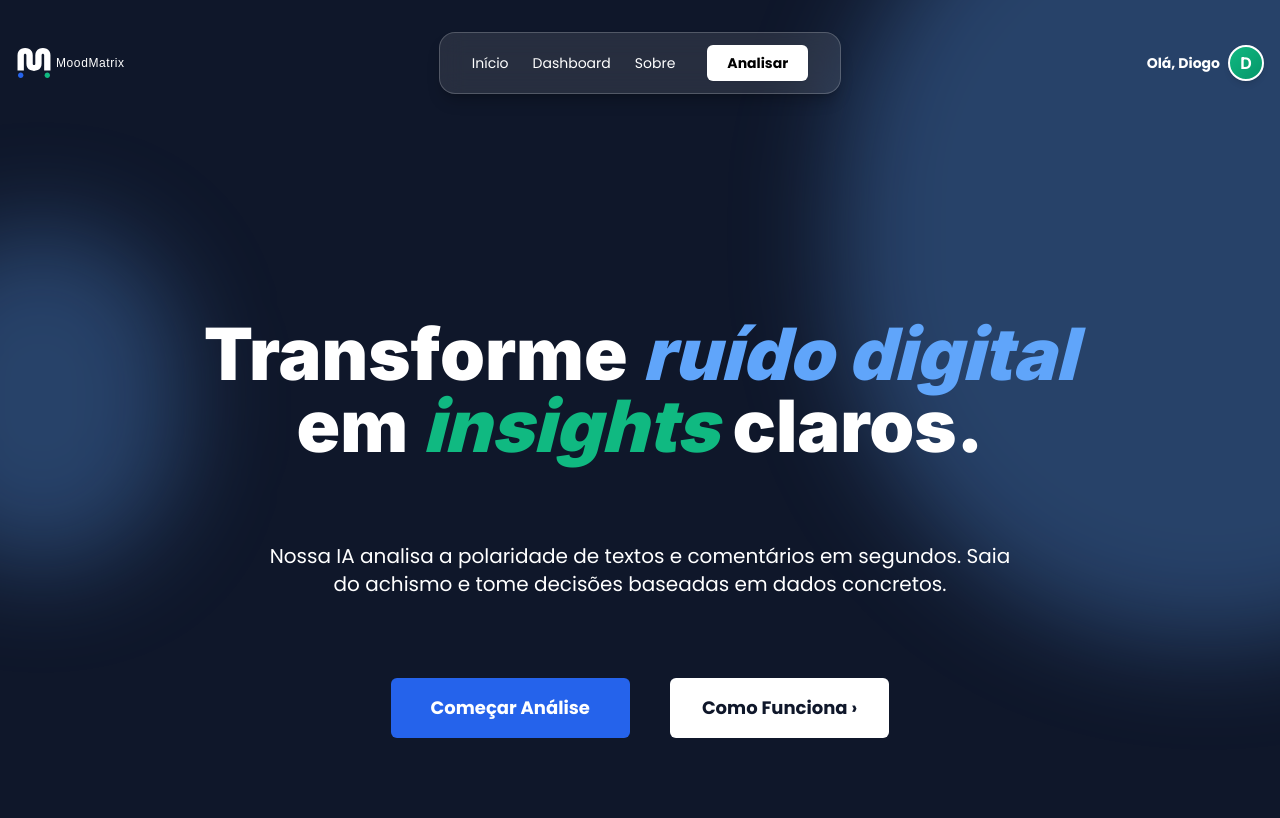
Repository: Hackaton-ONE/hackathon-Frontend
Page: /
An editor plug-in stored every save of this project. The page is shown before and after the next save, followed by the edit.
The browser window is 1280 px wide. The pictures show the whole page.
Some web fonts or font styles are not loaded; a fallback is used. The project was rebuilt for these pictures with package versions that can differ from the ones it lists, and the page was loaded fresh each time. The framework's server and built-in components were replaced by stand-ins that run in the browser. Also part of the build but not shown: next.config.ts.

Above is the page before, as saved 2026-01-02 13:06:58.

After the next save:
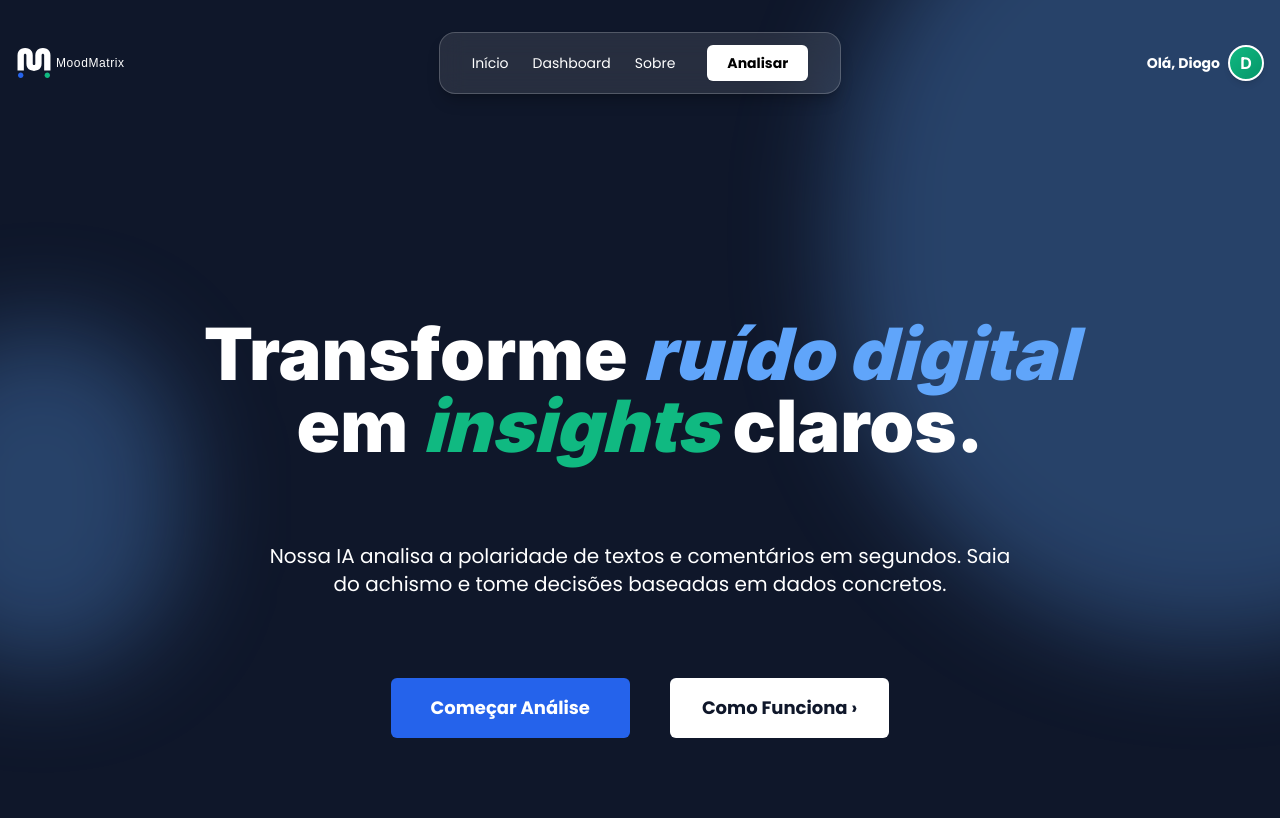
Saved 8 s later.
--- a/components/HeroSection.tsx
+++ b/components/HeroSection.tsx
@@ -39,7 +39,7 @@ export function HeroSection() {
       <div
         className="
           absolute
-          top-[300px] xl:top-[100px] 2xl:top-[400px]
+          top-[300px] xl:top-[200px] 2xl:top-[400px]
           left-[-200px] lg:left-[-100px] 2xl:left-[-100px]
           w-[282px]
           h-[343px]
